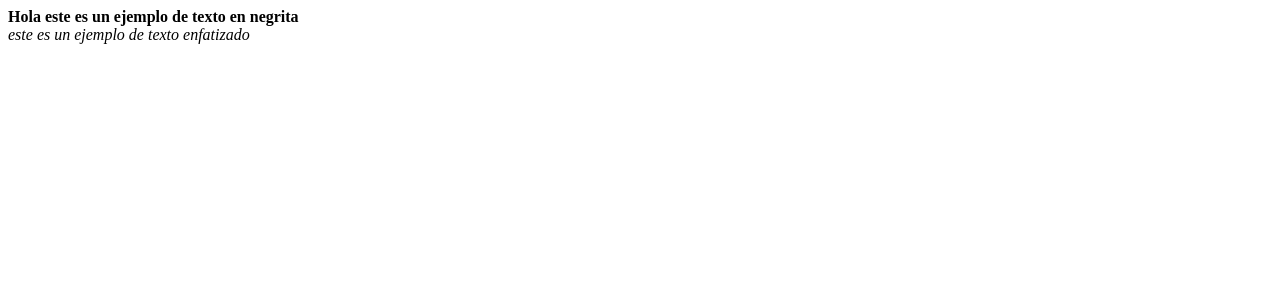
Repository: cesarsant0203/My_Study
Page: Introducción al desarrollo web/listas_y_negrita.html
An editor plug-in stored every save of this project. The page is shown before and after a run of saves, followed by the edit.
The browser window is 1280 px wide. The pictures show the whole page.

Above is the page before, as saved 2020-04-27 12:42:47.

### Introducción al desarrollo web/listas_y_negrita.html
<html>

<head>
    <meta charset="utf-8" />
    <title>
        Prueba de listas
    </title>
</head>

<body>
    <strong>Hola este es un ejemplo de texto en negrita</strong><br> <em>este es un ejemplo de texto enfatizado</em>
</body>

</html>

After the next 2 saves:
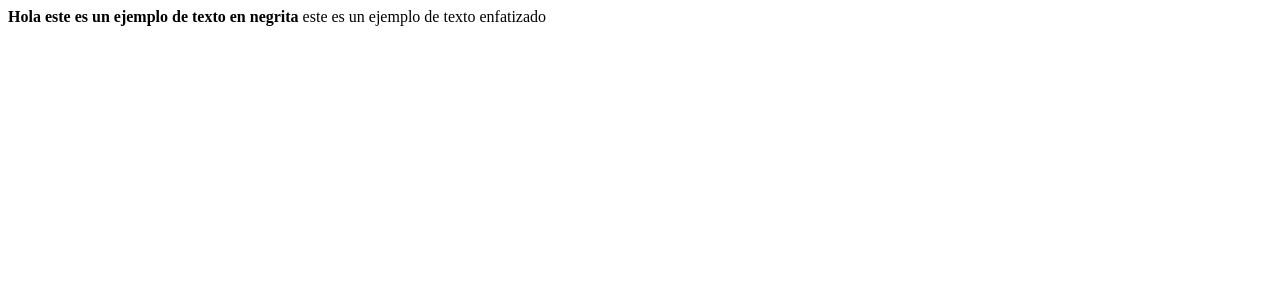
The 2 saves are shown as one change because they came seconds apart.
The last was saved 7 s later.
--- a/Introducción al desarrollo web/listas_y_negrita.html
+++ b/Introducción al desarrollo web/listas_y_negrita.html
@@ -8,7 +8,8 @@
 </head>
 
 <body>
-    <strong>Hola este es un ejemplo de texto en negrita</strong><br> <em>este es un ejemplo de texto enfatizado</em>
+    <strong>Hola este es un ejemplo de texto en negrita</strong>
+    <br<em>este es un ejemplo de texto enfatizado</em>
 </body>
 
 </html>

After the 2 saves that followed:
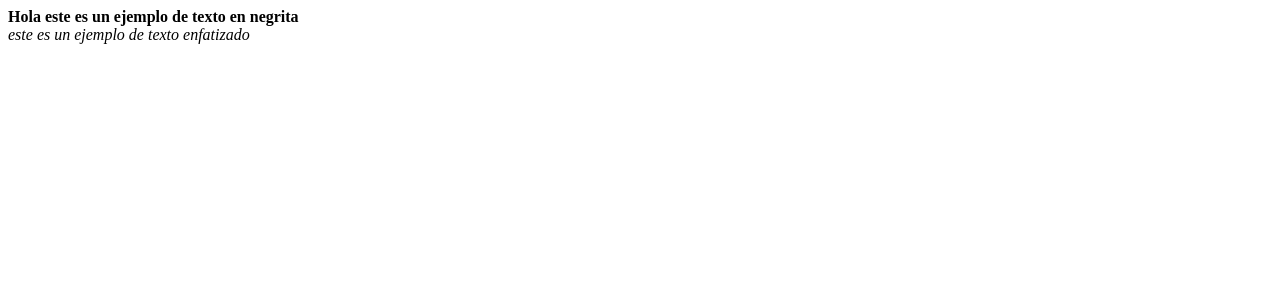
The 2 saves are shown as one change because 1 left the picture as it was.
The last was saved 20 s later.
--- a/Introducción al desarrollo web/listas_y_negrita.html
+++ b/Introducción al desarrollo web/listas_y_negrita.html
@@ -9,7 +9,7 @@
 
 <body>
     <strong>Hola este es un ejemplo de texto en negrita</strong>
-    <br<em>este es un ejemplo de texto enfatizado</em>
+    </br><em>este es un ejemplo de texto enfatizado</em>
 </body>
 
 </html>
